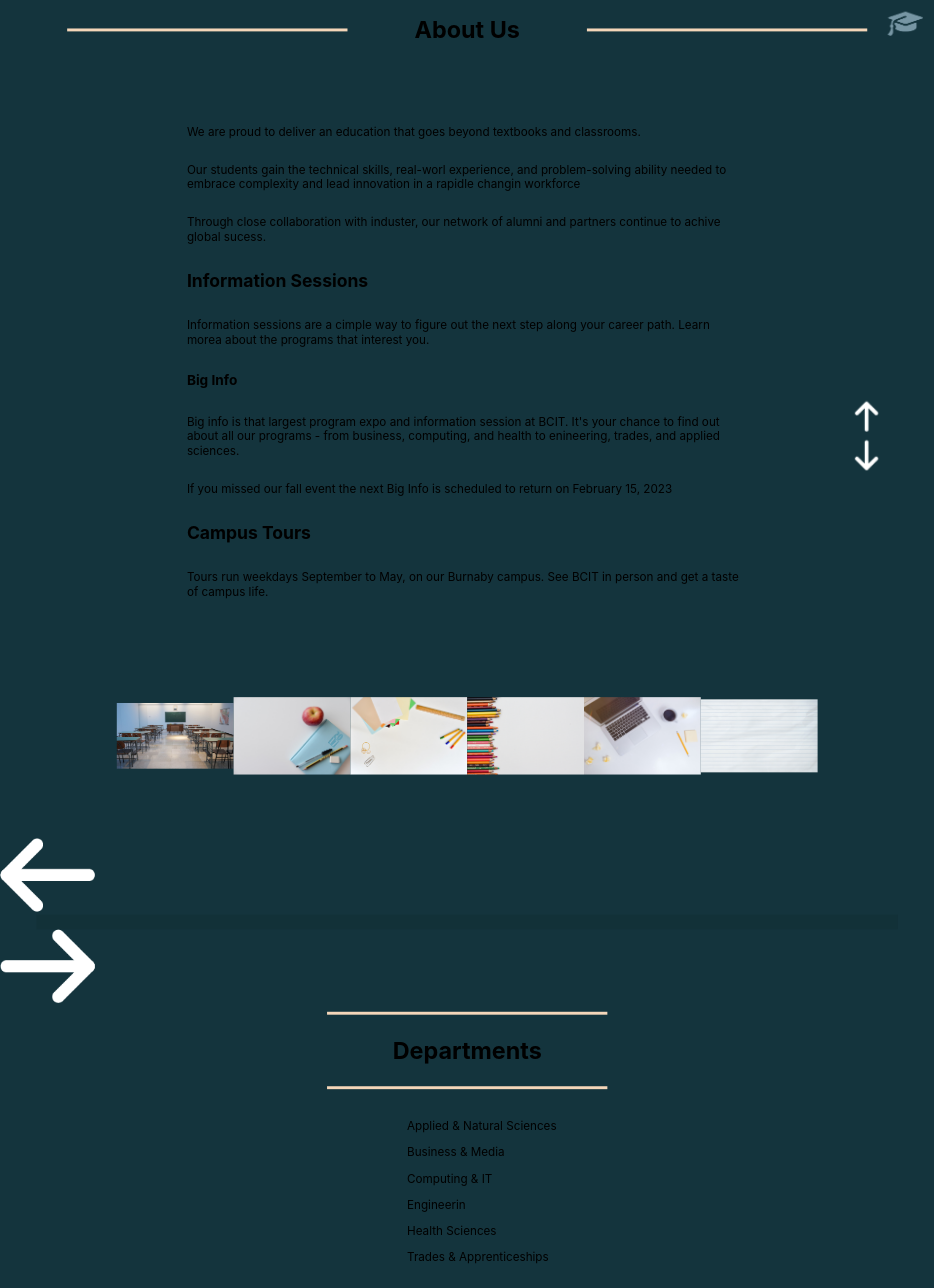
Repository: SaraShio/A01314209_Sara_Shiojima
Page: /about
An editor plug-in stored every save of this project. The page is shown before and after a run of saves, followed by the edit.
The browser window is 1280 px wide. The pictures show the whole page, at 73% of full size.
The project was rebuilt for these pictures with package versions that can differ from the ones it lists, and the page was loaded fresh each time. The framework's server and built-in components were replaced by stand-ins that run in the browser. Also part of the build but not shown: next.config.js.

Above is the page before, as saved 2023-02-08 22:17:47.

After the next 5 saves:
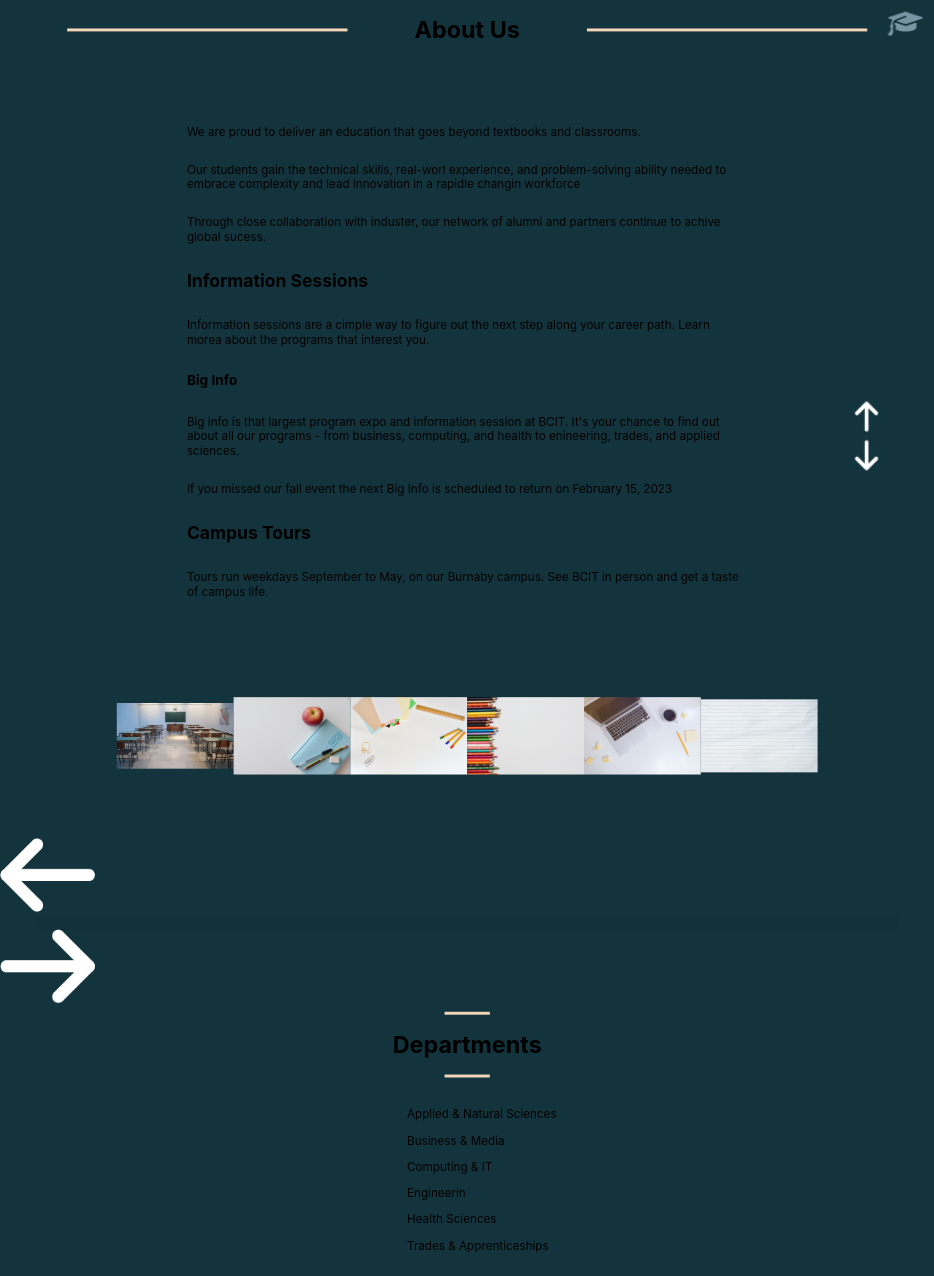
The 5 saves are shown as one change because they came seconds apart.
The last was saved 96 s later.
--- a/pages/about.js
+++ b/pages/about.js
@@ -57,9 +57,11 @@
 
 
                 <div className={styles.departments}>
+                    <div className=''>
                         <hr className={styles.line}></hr>
                         <h1>Departments</h1>
                         <hr className={styles.line}></hr>
+                        </div>
                     <ul className={styles.departmentName}>
                         <li>Applied & Natural Sciences</li>
                         <li>Business & Media</li>
